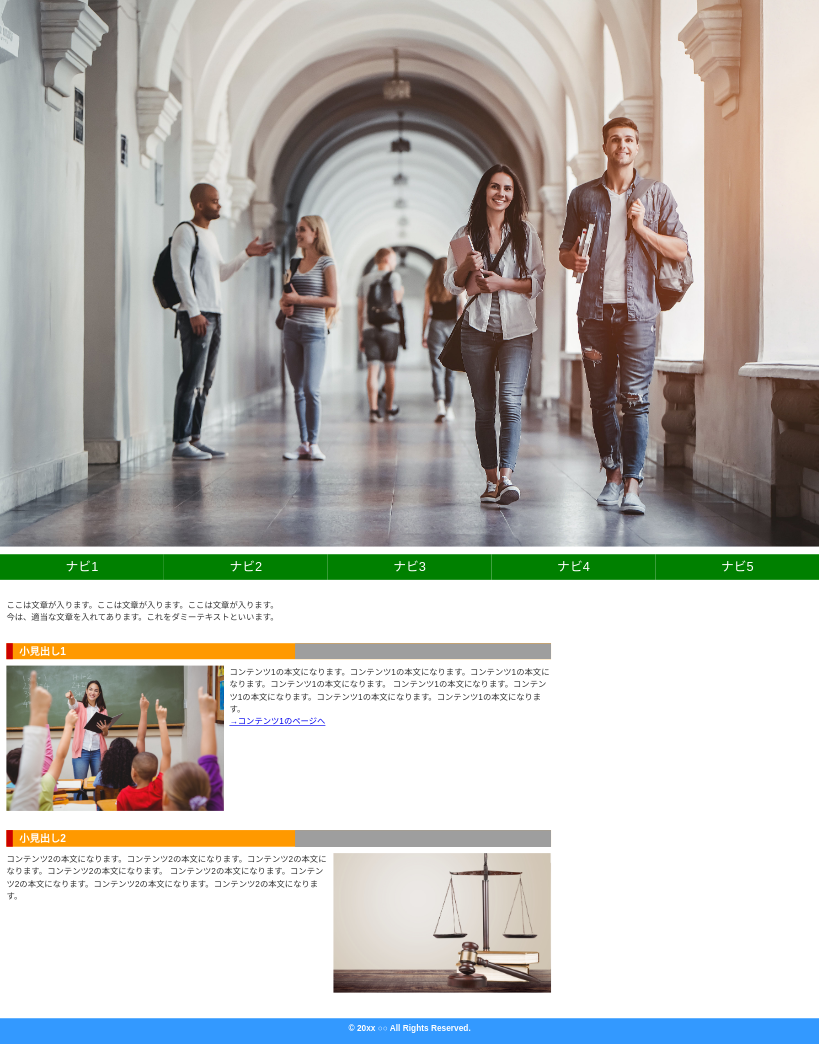
Repository: sho-pc123/samurai_HTML-CSS
Page: home.html
The author's editor kept a record of every edit. The page is drawn from the files as they stood at one moment, then again after the next edit.
The browser window is 1280 px wide. The pictures show the whole page, at 64% of full size.
Pictures or frames that could not be fetched are drawn as grey boxes.

Above is the page before.

After the next edit:
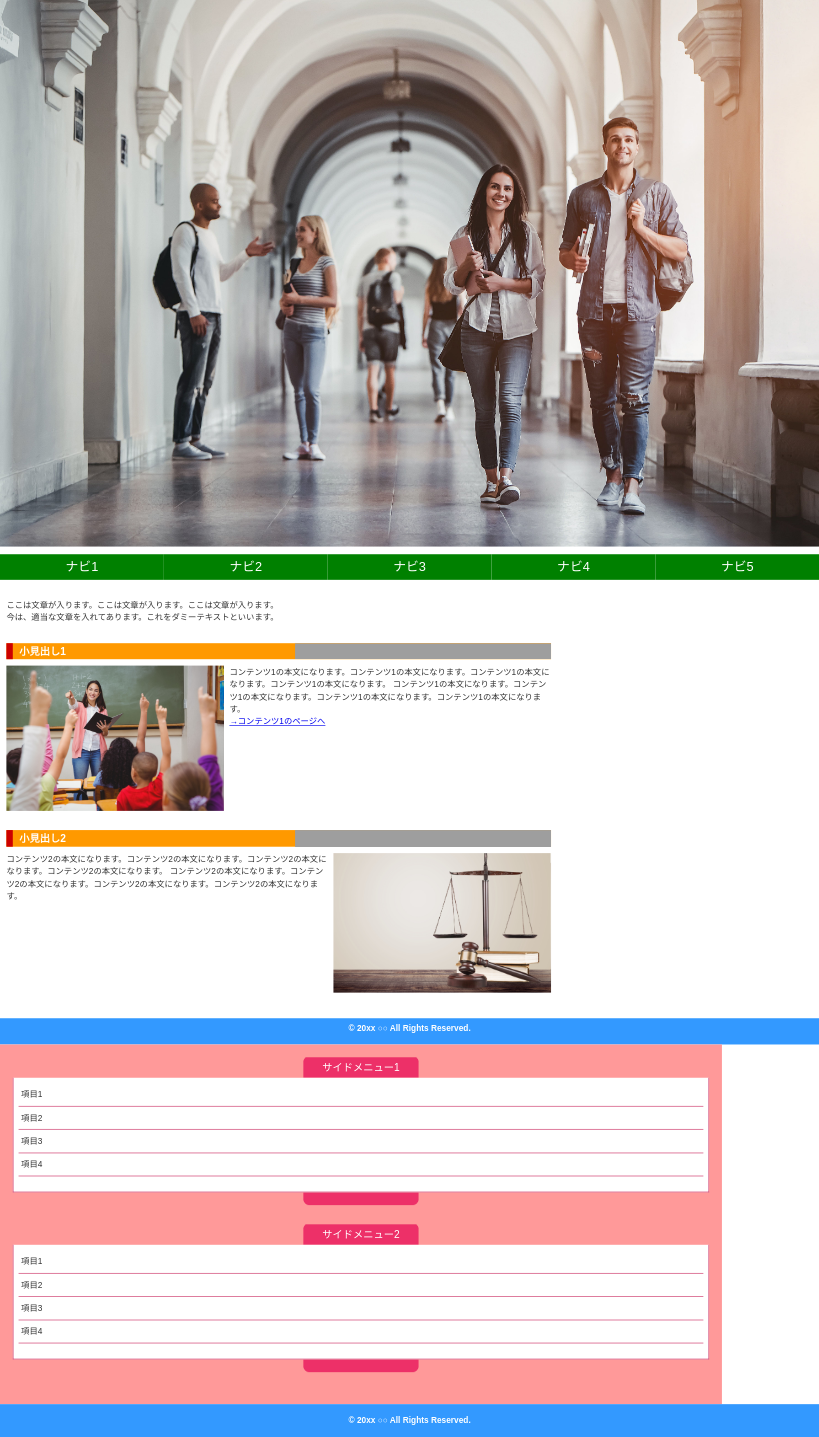
The edit:
--- a/home.html
+++ b/home.html
@@ -47,5 +47,35 @@
         <div id="footer">
             <p>&copy; 20xx ○○ All Rights Reserved.</p>
         </div>
+         <div id="side">
+                <div class="box">
+                    <h2>サイドメニュー1</h2>
+                    <div class="boxBody">
+                        <ul>
+                            <li>項目1</li>
+                            <li>項目2</li>
+                            <li>項目3</li>
+                            <li>項目4</li>
+                        </ul>
+                    </div>
+                </div>
+                <div class="box">
+                    <h2>サイドメニュー2</h2>
+                    <div class="boxBody">
+                        <ul>
+                            <li>項目1</li>
+                            <li>項目2</li>
+                            <li>項目3</li>
+                            <li>項目4</li>
+                        </ul>
+                    </div>
+                </div>
+            </div>
+        </div>
+        <div id="footer">
+            <p>&copy; 20xx ○○ All Rights Reserved.</p>
+        </div>
     </body>
 </html>
+    </body>
+</html>
